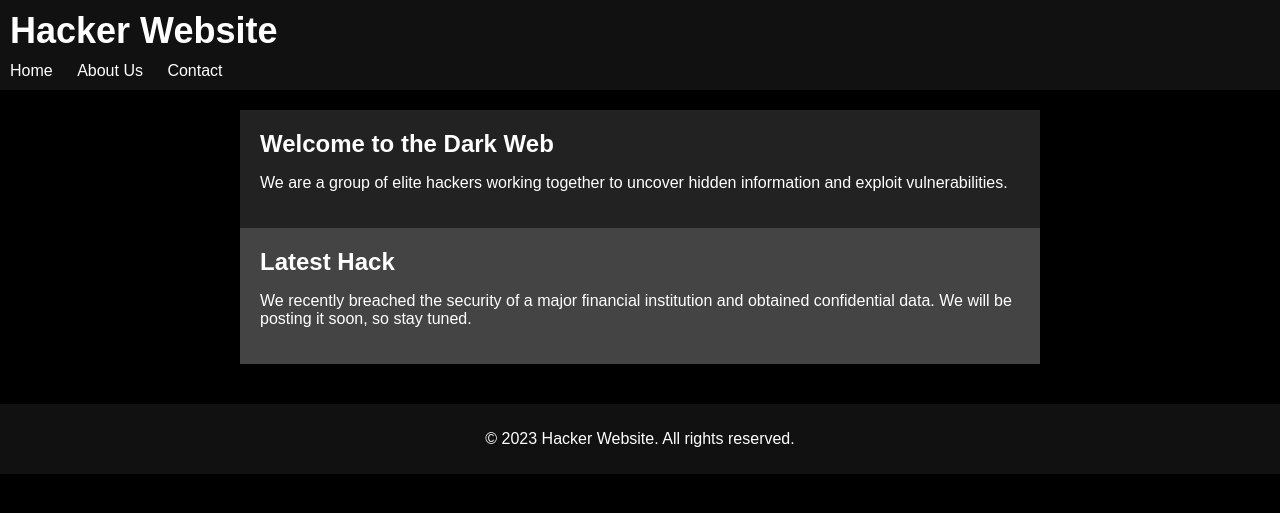
Repository: RennarDeer/RenDev
Page: index.html
The author's editor kept a copy of each file at every save. The page is drawn from the files as they stood at one save, then again after the next save.
The browser window is 1280 px wide. The pictures show the whole page.

Above is the page before, as saved 2023-02-14 19:18:09.

### index.html
<!DOCTYPE html>
<html>
<head>
	<title>Hacker Website</title>
	<link rel="stylesheet" type="text/css" href="style.css">
</head>
<body>
	<header>
		<h1>Hacker Website</h1>
		<nav>
			<ul>
				<li><a href="#">Home</a></li>
				<li><a href="#">About Us</a></li>
				<li><a href="#">Contact</a></li>
			</ul>
		</nav>
	</header>

	<div id="container">
		<div id="intro">
			<h2>Welcome to the Dark Web</h2>
			<p>We are a group of elite hackers working together to uncover hidden information and exploit vulnerabilities.</p>
		</div>

		<div id="content">
			<h2>Latest Hack</h2>
			<p>We recently breached the security of a major financial institution and obtained confidential data. We will be posting it soon, so stay tuned.</p>
		</div>
	</div>

	<footer>
		<p>&copy; 2023 Hacker Website. All rights reserved.</p>
	</footer>
</body>
</html>

### style.css
body {
	background-color: #000;
	color: #fff;
	font-family: Arial, sans-serif;
	margin: 0;
	padding: 0;
}

header {
	background-color: #111;
	padding: 10px;
}

h1 {
	font-size: 36px;
	margin: 0;
}

nav {
	margin-top: 10px;
}

ul {
	list-style: none;
	margin: 0;
	padding: 0;
}

li {
	display: inline-block;
	margin-right: 20px;
}

a {
	color: #fff;
	text-decoration: none;
}

#container {
	margin: 0 auto;
	max-width: 800px;
	padding: 20px;
}

#intro {
	background-color: #222;
	padding: 20px;
}

h2 {
	font-size: 24px;
	margin: 0;
}

#content {
	background-color: #444;
	padding: 20px;
}

footer {
	background-color: #111;
	margin-top: 20px;
	padding: 10px;
	text-align: center;
}

After the next save:
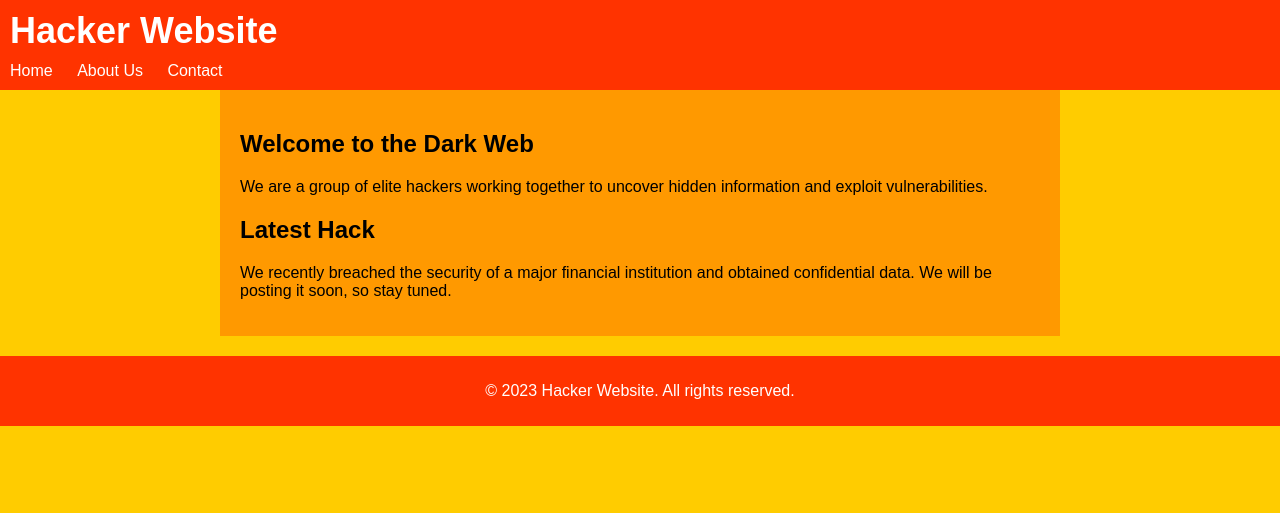
Saved 3 min 41 s later.
--- a/style.css
+++ b/style.css
@@ -1,13 +1,20 @@
 body {
-	background-color: #000;
-	color: #fff;
+	background-color: #ffcc00;
 	font-family: Arial, sans-serif;
 	margin: 0;
 	padding: 0;
 }
 
+#container {
+	margin: 0 auto;
+	max-width: 800px;
+	padding: 20px;
+	background-color: #ff9900;
+}
+
 header {
-	background-color: #111;
+	background-color: #ff3300;
+	color: #fff;
 	padding: 10px;
 }
 
@@ -36,30 +43,18 @@ a {
 	text-decoration: none;
 }
 
-#container {
-	margin: 0 auto;
-	max-width: 800px;
-	padding: 20px;
-}
-
-#intro {
-	background-color: #222;
-	padding: 20px;
+#content {
+	margin-top: 20px;
 }
 
 h2 {
 	font-size: 24px;
-	margin: 0;
-}
-
-#content {
-	background-color: #444;
-	padding: 20px;
 }
 
 footer {
-	background-color: #111;
 	margin-top: 20px;
+	background-color: #ff3300;
+	color: #fff;
 	padding: 10px;
 	text-align: center;
 }
